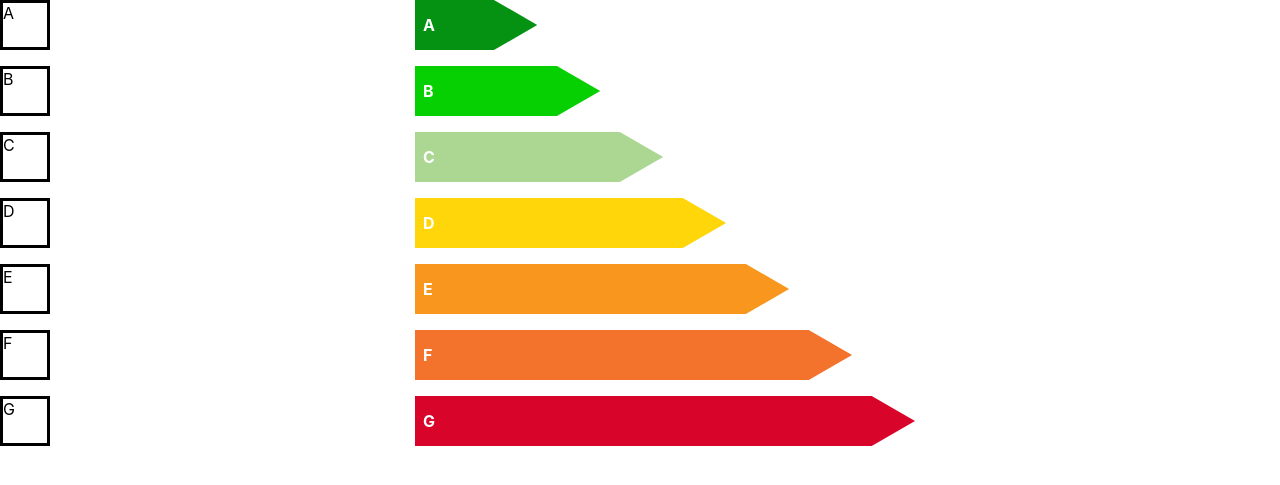
Repository: abdouAppcraft/Predict-DPE
Page: /result
These files come from the project's save history. The page is drawn as it stood at one moment and after a run of saves; the edit follows.
The browser window is 1280 px wide. The pictures show the whole page.
The project was rebuilt for these pictures with package versions that can differ from the ones it lists, and the page was loaded fresh each time. Also part of the build but not shown: src/hooks/useDpeOptions.tsx, src/strings/string.ts, src/utils/computeData.ts, src/screens/PredictForm/PredictForm.css, src/screens/PredictForm/PredictForm.tsx.

Above is the page before, as saved 2024-06-12 10:18:21.

### src/App.tsx
import React from "react";
import PredictForm from "./screens/PredictForm/PredictForm";
import { createBrowserRouter, RouterProvider } from "react-router-dom";
import Result from "./screens/Result/Result";

const router = createBrowserRouter([
  {
    path: "/",
    Component: PredictForm,
  },
  {
    path: "/result",
    Component: Result,
  },
]);

const App: React.FC = () => {
  return (
    <>
      <RouterProvider router={router} />
    </>
  );
};

export default App;

### src/screens/Result/Result.tsx
import React from "react";
import "./Result.css";
import { DpeGesType } from "../PredictForm/PredictForm";

interface Props extends Partial<DpeGesType> {}

const letter = [
  { label: "G", color: "#d90429" },
  { label: "F", color: "#f3722c" },
  { label: "E", color: "#f8961e" },
  { label: "D", color: "#ffd60a" },
  { label: "C", color: "#ACD793" },
  { label: "B", color: "#06D001" },
  { label: "A", color: "#059212" },
];

const Result: React.FC<Props> = (props) => {
  return (
    <div style={{ display: "flex" }}>
      <div
        style={{
          display: "flex",
          flexDirection: "column-reverse",
          justifyContent: "space-between",
        }}
      >
        {letter.map((l) => {
          return (
            <div
              style={{
                height: 50,
                border: "solid",
                boxSizing: "border-box",
                width: "50px",
              }}
            >
              {l.label}
            </div>
          );
        })}
      </div>
      <div
        style={{
          flex: 1,
          maxWidth: 500,
          display: "flex",
          flexDirection: "column-reverse",
          margin: "auto",
          gap: "1rem",
        }}
      >
        {letter.map((l, index) => (
          <ResultItem {...l} flex={(letter.length - index) / letter.length} />
        ))}
      </div>
    </div>
  );
};

export default Result;

const ResultItem: React.FC<{ flex: number; label: string; color: string }> = ({
  flex,
  label,
  color,
}) => {
  return (
    <div>
      <div style={{ display: "flex", height: 50 }}>
        <div
          style={{
            flex,
            backgroundColor: color,
            placeContent: "center",
            fontWeight: "bold",
            color: "white",
            padding: ".5rem",
          }}
        >
          {label}
        </div>
        <div style={{ backgroundColor: color }} className=" triangle"></div>
      </div>
    </div>
  );
};

### src/screens/Result/Result.css
/* HTML: <div class="triangle"></div> */
.shape {
    background: linear-gradient(45deg,#FA6900,#C02942);

}

.triangle {
    aspect-ratio: cos(30deg);
    clip-path: polygon(0 0,100% 50%,0 100%);
  }

Loaded but not shown: public/index.html (common file); src/index.tsx (common file); src/index.css (common file); src/reportWebVitals.ts (common file)

After the next 2 saves:
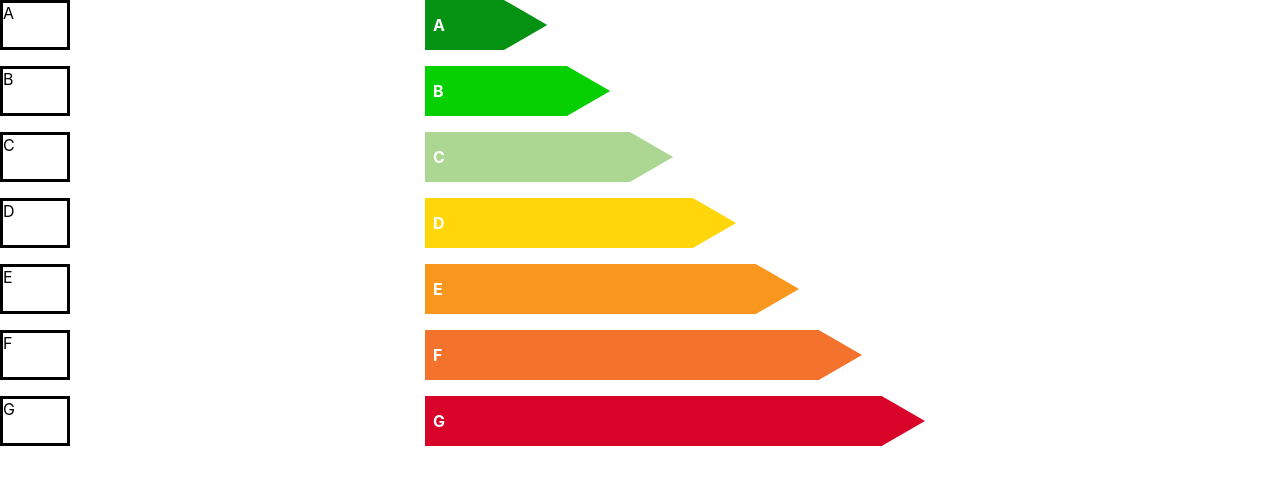
The 2 saves are shown as one change because they came seconds apart.
The last was saved 16 s later.
--- a/src/screens/Result/Result.tsx
+++ b/src/screens/Result/Result.tsx
@@ -31,7 +31,7 @@ const Result: React.FC<Props> = (props) => {
                 height: 50,
                 border: "solid",
                 boxSizing: "border-box",
-                width: "50px",
+                width: 70,
               }}
             >
               {l.label}
